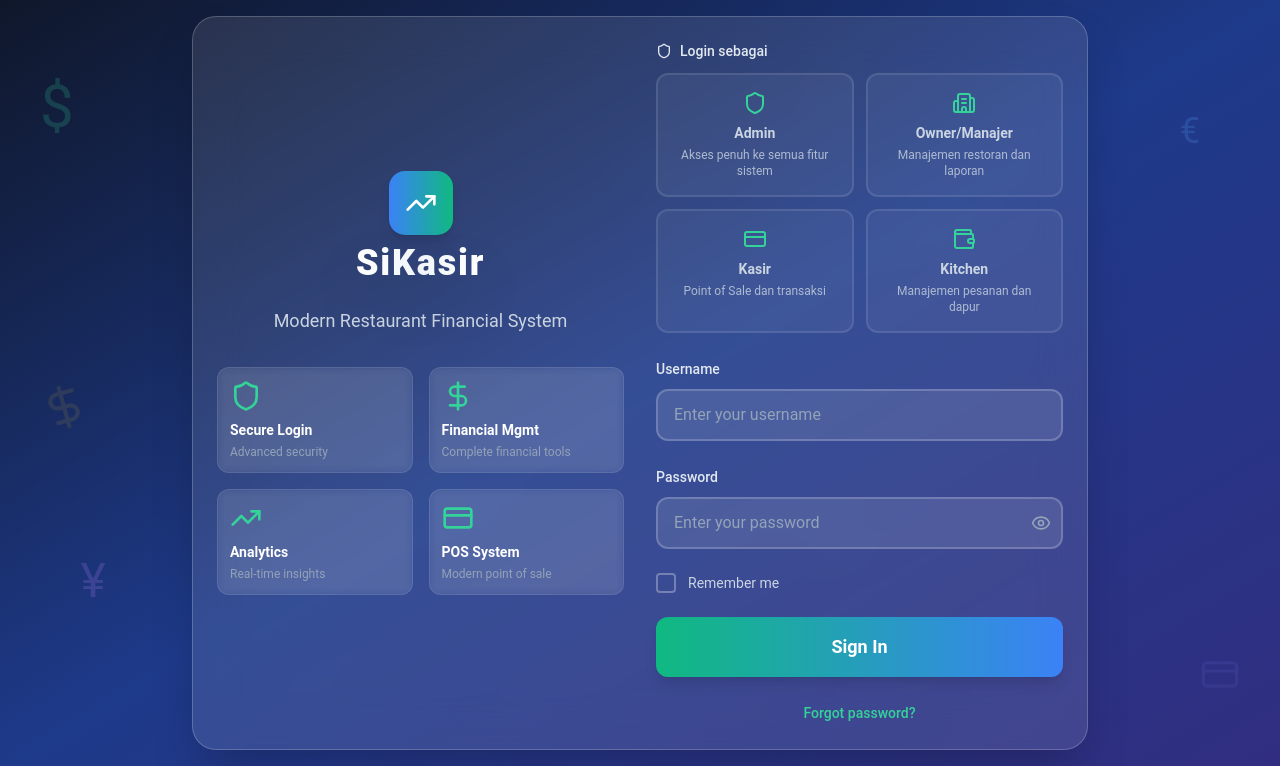
Repository: luthfirf17/SiKasir
Page: / (app in frontend/)
The author's editor kept a copy of each file at every save. The page is drawn from the files as they stood at one save, then again after the next save.
The browser window is 1280 px wide. The pictures show the whole page.
The page's requests for data from a server got no answer. The project was rebuilt for these pictures with package versions that can differ from the ones it lists, and the page was loaded fresh each time. No one was signed in, and anything a server would have sent is missing. Also part of the build but not shown: frontend/src/modules/admin/config/navigationConfig.ts, frontend/src/modules/admin/components/ModernAdminNavigation.tsx, frontend/src/modules/admin/components/AdminNavbar.tsx, frontend/src/modules/admin/layouts/AdminLayout.tsx, frontend/src/modules/admin/pages/DashboardPage.tsx, frontend/src/services/MenuService.ts, frontend/src/utils/menuDataConverter.ts, frontend/src/hooks/useMenuData.ts and 19 more.

Above is the page before, as saved 2025-09-25 17:42:38.

After the next save:
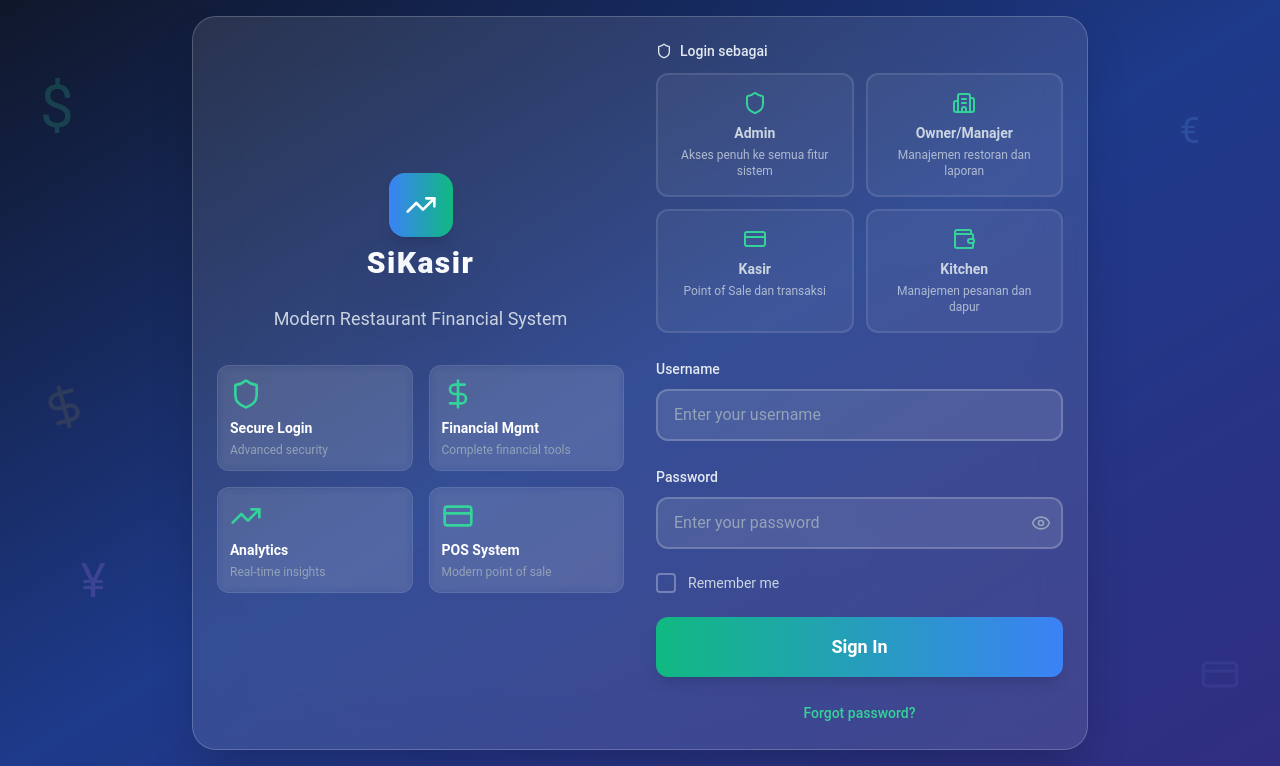
Saved 8 s later.
--- a/frontend/src/pages/LoginPage.tsx
+++ b/frontend/src/pages/LoginPage.tsx
@@ -204,11 +204,14 @@ const LoginPage = () => {
                     <TrendingUp className="h-8 w-8 text-white" />
                   </div>
                   <div className="relative">
-                    <h1 className="text-3xl lg:text-4xl font-black text-center text-white drop-shadow-2xl tracking-wider hover:text-slate-50 transition-all duration-700">
-                      <span className="bg-gradient-to-r from-white via-slate-100 to-white bg-clip-text text-transparent">
-                        SiKasir
-                      </span>
-                    </h1>
+                              <div className="relative">
+            <h1 className="text-3xl font-black text-center text-white drop-shadow-2xl tracking-wider hover:text-slate-50 transition-all duration-700">
+              <span className="bg-gradient-to-r from-white via-slate-100 to-white bg-clip-text text-transparent">
+                SiKasir
+              </span>
+            </h1>
+            <div className="absolute inset-0 bg-gradient-to-r from-amber-200/10 via-transparent to-amber-200/10 opacity-0 hover:opacity-100 transition-opacity duration-700 rounded-lg blur-sm pointer-events-none"></div>
+          </div>
                     <div className="absolute inset-0 bg-gradient-to-r from-amber-200/10 via-transparent to-amber-200/10 opacity-0 hover:opacity-100 transition-opacity duration-700 rounded-lg blur-sm pointer-events-none"></div>
                   </div>
                 </div>
